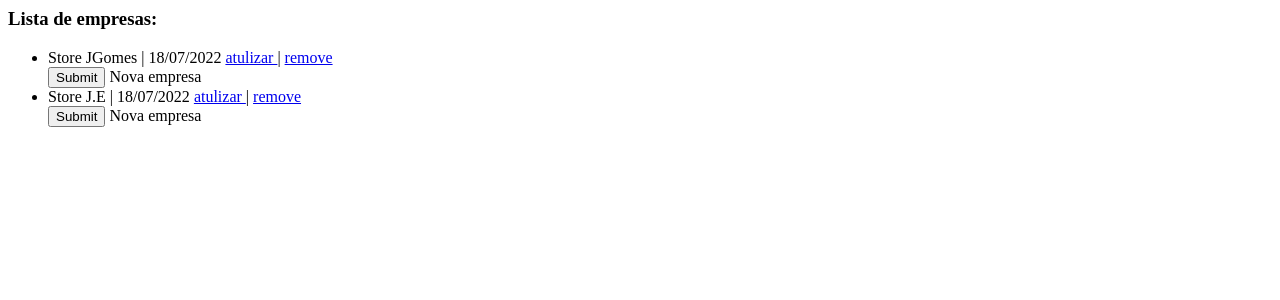
Repository: EmersonRGomes/study
Page: http://localhost/gerenciadorstudy/listaEmpresas
An editor plug-in stored every save of this project. The page is shown before and after the next save, followed by the edit.
The browser window is 1280 px wide. The pictures show the whole page.
The page is served by Tomcat 9. Other server files are loaded and not shown.

Above is the page before, as saved 2022-08-02 00:20:22.

### gerenciadorstudy/webContent/listaEmpresaCriada.jsp
<%@ taglib uri="http://java.sun.com/jsp/jstl/core" prefix="c" %>
<%@ taglib uri="http://java.sun.com/jsp/jstl/fmt" prefix="fmt" %>

<!DOCTYPE hmtl>
<html>
<head>
<meta charset="ISO-8859-1">
<title>Java Standard Taglib</title>
</head>
<body>
   <h3>Lista de empresas: </h3>

    <ul>
        <c:forEach items="${empresas}" var="empresa">
            <li>${empresa.nome} | <fmt:formatDate value="${empresa.dataAbertura}" pattern="dd/MM/yyyy"/>
            <a href="/gerenciadorstudy/mostraEmpresa?id=${empresa.id}"> atulizar </a> |
            	<a href="/gerenciadorstudy/removeEmpresa?id=${empresa.id}"> remove </a>
            </li>
            <input type="submit" href="/gerenciadorstudy/listaEmpresaCriada.jsp"> Nova empresa
        </c:forEach>
    </ul>

</body>
</html>

### gerenciadorstudy/src/main/java/br/com/gerenciadorstudy/servlet/ListaEmpresasSevlet.java
package br.com.gerenciadorstudy.servlet;

import java.io.IOException;
import java.util.List;

import javax.servlet.RequestDispatcher;
import javax.servlet.ServletException;
import javax.servlet.annotation.WebServlet;
import javax.servlet.http.HttpServlet;
import javax.servlet.http.HttpServletRequest;
import javax.servlet.http.HttpServletResponse;

@WebServlet("/listaEmpresas")
public class ListaEmpresasSevlet extends HttpServlet {
	private static final long serialVersionUID = 1L;

	/**
	 * @see HttpServlet#doGet(HttpServletRequest request, HttpServletResponse response)
	 */
	protected void doGet(HttpServletRequest request, HttpServletResponse response)
			throws ServletException, IOException {
		// TODO Auto-generated method stub
		List<Empresa> lista = Banco.getEmpresa();


		//Iniciando a lista com uma empresa
		if (lista.isEmpty() ) {
		}


		request.setAttribute("empresas", lista);

		RequestDispatcher rd = request.getRequestDispatcher("/listaEmpresaCriada.jsp");
		rd.forward(request, response);

	}


}

### gerenciadorstudy/src/main/java/br/com/gerenciadorstudy/servlet/Banco.java
package br.com.gerenciadorstudy.servlet;

import java.util.ArrayList;
import java.util.Iterator;
import java.util.List;

public class Banco {

	private static List<Empresa> lista = new ArrayList<>();
	private static Integer chaveSequencial = 1;

	static {
		Empresa empresa2 = new Empresa();
		empresa2.setNome("Store JGomes");
		empresa2.setId(chaveSequencial++);
		lista.add(empresa2);
		Empresa empresa3 = new Empresa();
		empresa3.setNome("Store J.E");
		empresa3.setId(chaveSequencial++);
		lista.add(empresa3);
	}

	public void adiconar(Empresa empresa) {
		empresa.setId(Banco.chaveSequencial++);
		Banco.lista.add(empresa);
	}

	public static List<Empresa> getEmpresa() {
		return Banco.lista;
	}

	public void remove(Integer empresaId) {

		Iterator<Empresa> it = lista.iterator();

		while (it.hasNext()) {
			Empresa emp = it.next();

			if (emp.getId() == empresaId) {
				it.remove();
				//outra opção lista.remove(empresa);
			}
		}

		// Quando utilizamos iteramos (Fazemos umalaço em uma lista) não conseguimos remover um valor
		/*
		 * for (Empresa empresa : lista) { if (empresa.getId() == empresaId) {
		 * lista.remove(empresa); }
		 *
		 * }
		 */
	}

	public void atualizar(String nome, Empresa emp) {
		emp.setNome(nome);
	}

	public Empresa buscaEmpresaID(Integer id) {
		for (Empresa empresa : lista) {
			if(empresa.getId() == id) {
				return empresa;
			}
		}
		return null;
	}



}

### gerenciadorstudy/src/main/java/br/com/gerenciadorstudy/servlet/Empresa.java
package br.com.gerenciadorstudy.servlet;

import java.util.Date;

public class Empresa {

	//Atributos
	private int id;
	private String nome;
	private Date dataAbertura = new Date();

	public Empresa() {
	}

	public Empresa(String nome) {
		this.nome = nome;
	}

	//Getters e Setters
	public Date getDataAbertura() {
		return dataAbertura;
	}
	public void setDataAbertura(Date dataAbertura) {
		this.dataAbertura = dataAbertura;
	}

	public int getId() {
		return id;
	}
	public void setId(int id) {
		this.id = id;
	}
	public String getNome() {
		return nome;
	}
	public void setNome(String nome) {
		this.nome = nome;
	}


}

After the next save:
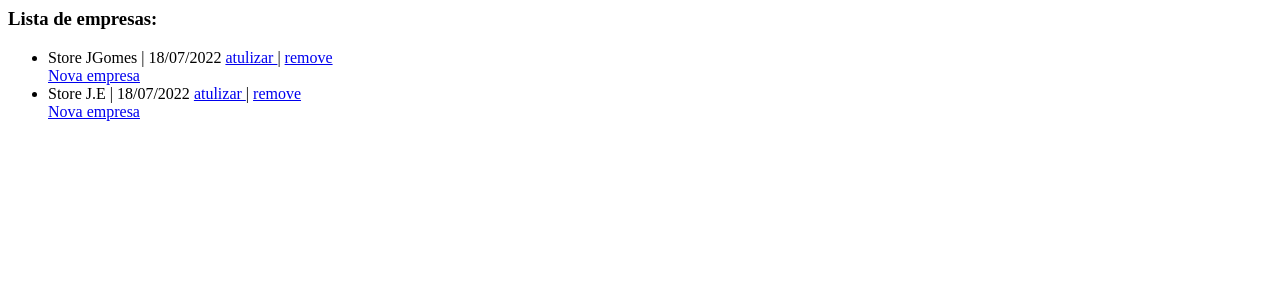
Saved 48 s later.
--- a/gerenciadorstudy/webContent/listaEmpresaCriada.jsp
+++ b/gerenciadorstudy/webContent/listaEmpresaCriada.jsp
@@ -16,7 +16,7 @@
             <a href="/gerenciadorstudy/mostraEmpresa?id=${empresa.id}"> atulizar </a> |
             	<a href="/gerenciadorstudy/removeEmpresa?id=${empresa.id}"> remove </a>
             </li>
-            <input type="submit" href="/gerenciadorstudy/listaEmpresaCriada.jsp"> Nova empresa
+            <a href="/gerenciadorstudy/listaEmpresaCriada.jsp"> Nova empresa </a>
         </c:forEach>
     </ul>
 
